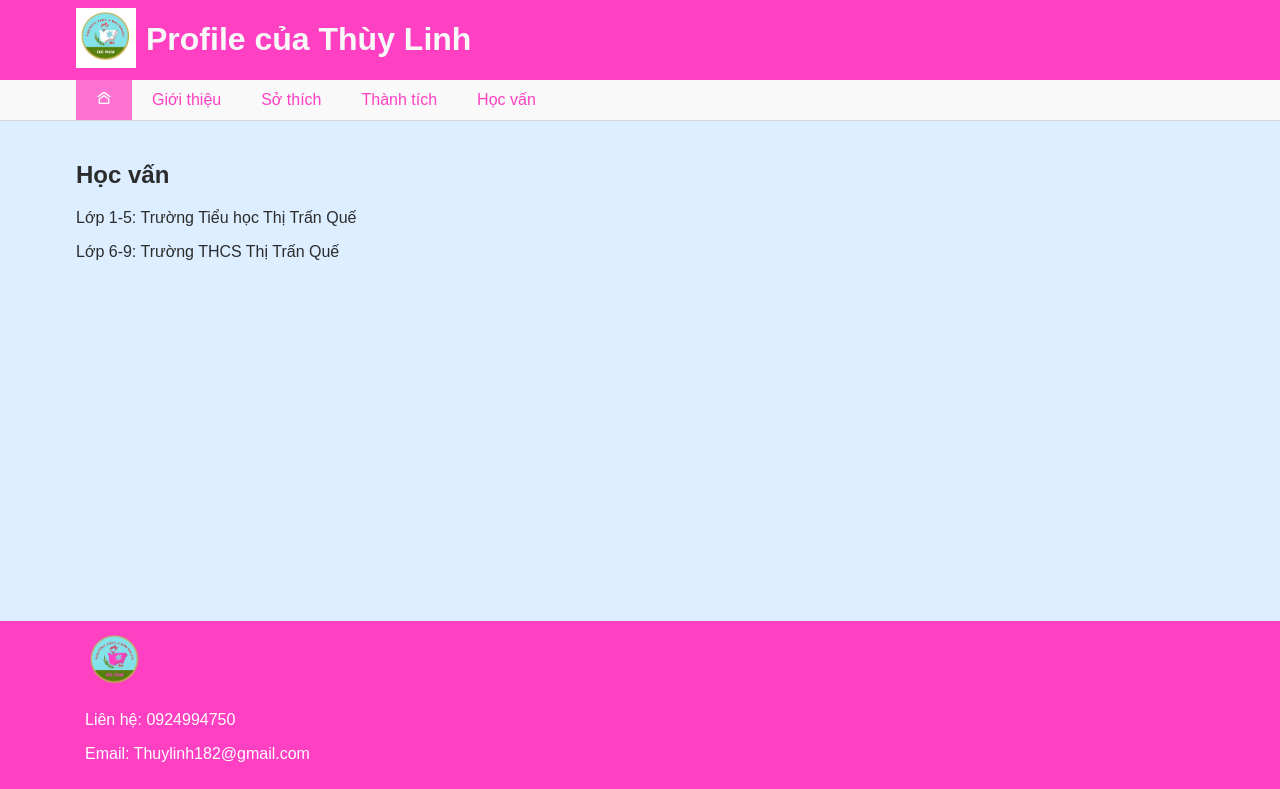
Repository: DucLong-PD07979/profile-vu-thuy-linh
Page: hoc-van.html
An editor plug-in stored every save of this project. The page is shown before and after a run of saves, followed by the edit.
The browser window is 1280 px wide. The pictures show the whole page.

Above is the page before, as saved 2025-03-13 22:05:01.
Not found: script.js

After the next 2 saves:
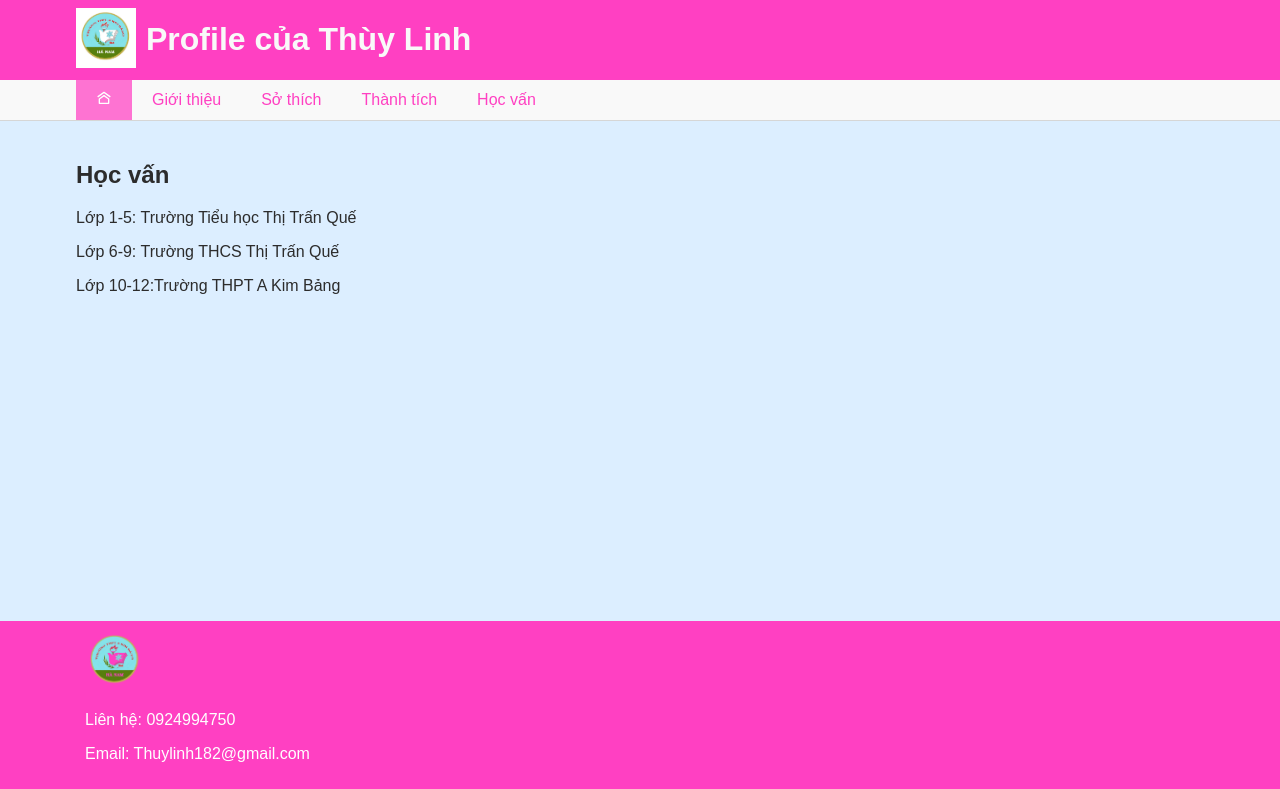
The 2 saves are shown as one change because they came seconds apart.
The last was saved 5 min 19 s later.
--- a/hoc-van.html
+++ b/hoc-van.html
@@ -11,10 +11,7 @@
         <header>
             <div class="container">
                 <div class="logo">
-                    <img
-                        src="./images/anh-doan-3.jpg"
-                        alt="Logo"
-                    />
+                    <img src="./images/anh-doan-3.jpg" alt="Logo" />
                 </div>
                 <h1>Profile của Thùy Linh</h1>
             </div>
@@ -56,6 +53,7 @@
                     <h2>Học vấn</h2>
                     <p>Lớp 1-5: Trường Tiểu học Thị Trấn Quế</p>
                     <p>Lớp 6-9: Trường THCS Thị Trấn Quế</p>
+                    <p>Lớp 10-12:Trường THPT A Kim Bảng</p>
                 </div>
             </div>
         </section>
